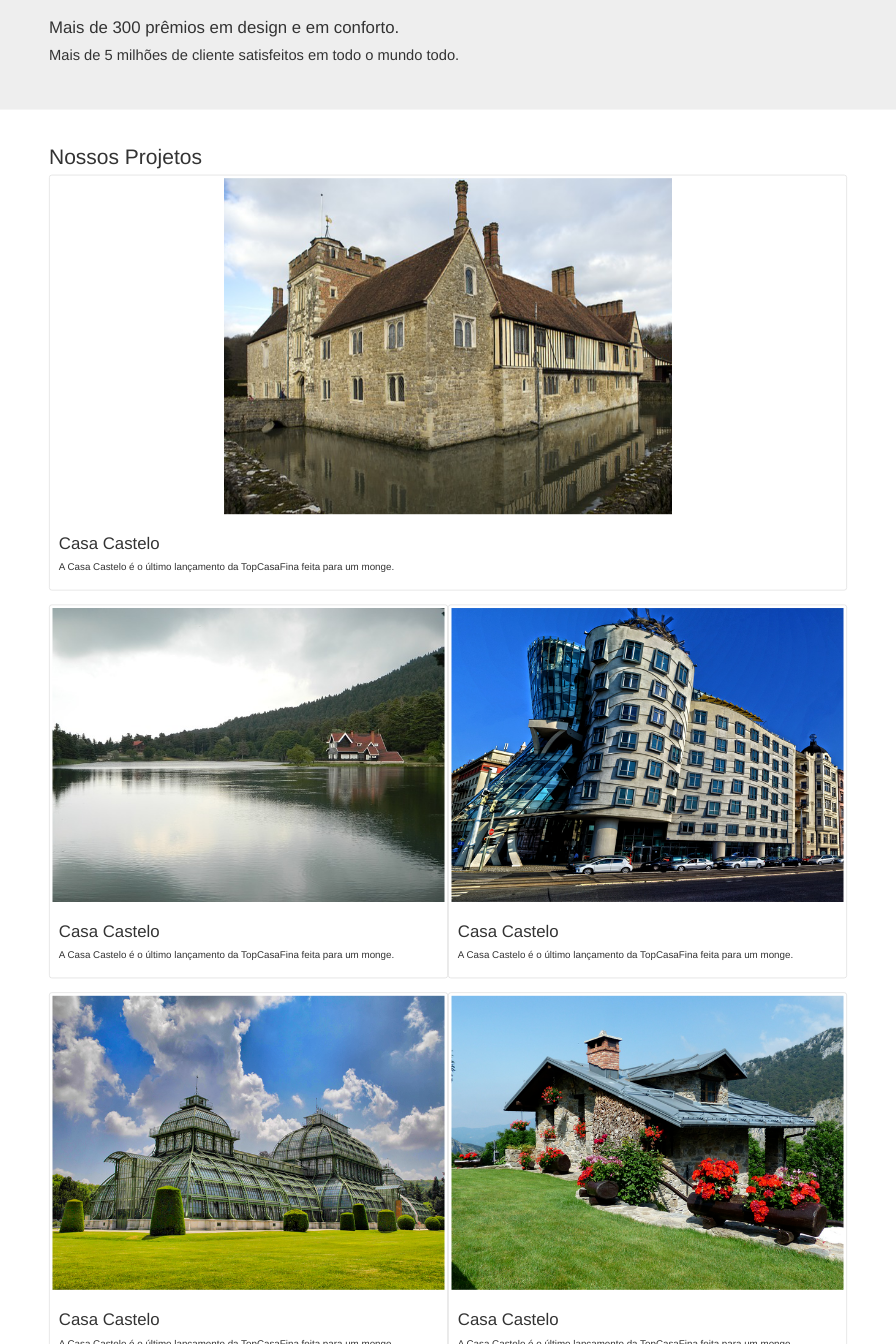
Repository: daviemer/bootstrap-alura
Page: index2.html
An editor plug-in stored every save of this project. The page is shown before and after the next save, followed by the edit.
The browser window is 1280 px wide. The pictures show the part of the page from y = 1201 to 3121 px (the page is 5205 px tall before and 5179 px after), at 70% of full size.

Above is the page before, as saved 2022-07-18 14:54:59.

### index2.html
<!DOCTYPE html>
<html lang="pt-br">

<head>
  <meta charset="UTF-8" />
  <meta http-equiv="X-UA-Compatible" content="IE=edge" />
  <meta name="viewport" content="width=device-width, initial-scale=1.0" />
  <title>Document</title>
  <link rel="stylesheet" href="bootstrap/css/bootstrap.min.css" type="text/css" />
  <link rel="stylesheet" href="style.css" />
</head>

<body>
  <header>
    <nav class="navbar navbar-default">
      <div class="container">
        <div class="navbar-header">
          <button type="button" class="navbar-toggle collapsed" data-toggle="collapse" data-target="#collapse-navbar"
            aria-expanded="false">
            <span class="sr-only">Toggle navigation</span>
            <span class="icon-bar"></span>
            <span class="icon-bar"></span>
            <span class="icon-bar"></span>
            <span class="icon-bar"></span>
          </button>
          <a class="navbar-brand" href="#">TopCasaFina Arquitetura</a>
        </div>
        <div id="collapse-navbar" class="collapse navbar-collapse">
          <ul class="nav navbar-nav">
            <li><a href="#sobre-nos">Sobre Nós</a></li>
            <li><a href="#nossos-projetos">Nossos Projetos</a></li>
            <li><a href="#depoimentos">Depoimentos</a></li>
            <li><a href="#video">Video</a></li>
            <li><a href="#contato">Contato</a></li>
          </ul>
        </div>
      </div>
    </nav>

    <div class="topcasafina-banner">
      <h1>TopCasaFina Arquitetura</h1>
      <p>Projetando a casa dos sonhos desde 2000 A.C</p>
      <button class="btn btn-primary btn-lg">Contate-nos agora</button>
    </div>
  </header>


  <section id="sobre-nos" class="container">
    <h2>Sobre Nós</h2>
    <img class="img-responsive colunas-2" src="assets/img/empresa.jpg" alt="" />

    <div class="panel-group colunas-2" id="paineis-sobre">
      <div class="panel panel-default">
        <div class="panel-heading">
          <h3 class="panel-title" data-toggle="collapse" data-target="#primeiro-paragrafo" data-parent="#paineis-sobre">
            Desde 1935
          </h3>
        </div>
        <div id="primeiro-paragrafo" class="collapse">
          <div class="panel-body">
            <p>
              Desde 1935 trazendo casas, mansões e prédios lindos para o
              mundo.
            </p>
          </div>
        </div>
      </div>
      <div class="panel panel-default">
        <div class="panel-heading">
          <h3 class="panel-title" data-toggle="collapse" data-target="#segundo-paragrafo" data-parent="#paineis-sobre">
            Preços acessíveis
          </h3>
        </div>
        <div id="segundo-paragrafo" class="collapse">
          <div class="panel-body">
            <p>Preços a partir de R$ 1000,00.</p>
          </div>
        </div>
      </div>
      <div class="panel panel-default">
        <div class="panel-heading">
          <h3 class="panel-title" data-toggle="collapse" data-target="#terceiro-paragrafo" data-parent="#paineis-sobre">
            Alegria para colaborar com um mundo mais bonito
          </h3>
        </div>
        <div id="terceiro-paragrafo" class="collapse">
          <div class="panel-body">
            <p>
              Trazendo alegria para a vida das pessoas que tem dinheiro para
              gastar.
            </p>
          </div>
        </div>
      </div>
    </div>
  </section>

  <div class="jumbotron">
    <div class="container">
      <h3>Mais de 300 prêmios em design e em conforto.</h3>
      <p>Mais de 5 milhões de cliente satisfeitos em todo o mundo todo.</p>
    </div>
  </div>

  <section id="nossos-projetos" class="container">
    <h2>Nossos Projetos</h2>

    <figure class="thumbnail col-mb-6">
      <img src="assets/img/projetos/casa-castelo.png" alt="Foto da Casa Castelo" />
      <figcaption class="caption">
        <h3>Casa Castelo</h3>
        <p>
          A Casa Castelo é o último lançamento da TopCasaFina feita para um
          monge.
        </p>
      </figcaption>
    </figure>
    <figure class="thumbnail colunas-2">
      <img src="assets/img/projetos/casa-lago.png" alt="Foto da Casa Castelo" />
      <figcaption class="caption">
        <h3>Casa Castelo</h3>
        <p>
          A Casa Castelo é o último lançamento da TopCasaFina feita para um
          monge.
        </p>
      </figcaption>
    </figure>
    <figure class="thumbnail colunas-2">
      <img src="assets/img/projetos/mercado-marapira.png" alt="Foto da Casa Castelo" />
      <figcaption class="caption">
        <h3>Casa Castelo</h3>
        <p>
          A Casa Castelo é o último lançamento da TopCasaFina feita para um
          monge.
        </p>
      </figcaption>
    </figure>
    <figure class="thumbnail colunas-2">
      <img src="assets/img/projetos/palacio-dionisio.png" alt="Foto da Casa Castelo" />
      <figcaption class="caption">
        <h3>Casa Castelo</h3>
        <p>
          A Casa Castelo é o último lançamento da TopCasaFina feita para um
          monge.
        </p>
      </figcaption>
    </figure>
    <figure class="thumbnail colunas-2">
      <img src="assets/img/projetos/residencia-ludi.png" alt="Foto da Casa Castelo" />
      <figcaption class="caption">
        <h3>Casa Castelo</h3>
        <p>
          A Casa Castelo é o último lançamento da TopCasaFina feita para um
          monge.
        </p>
      </figcaption>
    </figure>
  </section>

  <section id="depoimentos">
    <h2 class="container titulo-depoimentos">Depoimentos de Clientes</h2>

    <div id="carousel-example-generic" class="carousel slide" data-ride="carousel">
      <!-- Indicators -->
      <ol class="carousel-indicators">
        <li data-target="#carousel-example-generic" data-slide-to="0" class="active"></li>
        <li data-target="#carousel-example-generic" data-slide-to="1"></li>
        <li data-target="#carousel-example-generic" data-slide-to="2"></li>
      </ol>

      <!-- Wrapper for slides -->
      <div class="carousel-inner" role="listbox">
        <div class="item active">
          <img src="assets/img/depoimentos/depoimento1.png" alt="Depoimento 1" />
          <div class="carousel-caption">
            <h3>Yuri Padilha</h3>
            <p>Gostei muito.</p>
          </div>
        </div>
        <div class="item">
          <img src="assets/img/depoimentos/depoimento2.png" alt="Depoimento 2" />
          <div class="carousel-caption">
            <h3>Fernando Stefaneni</h3>
            <p>Excelente trabalho</p>
          </div>
        </div>
        <div class="item">
          <img src="assets/img/depoimentos/depoimento3.png" alt="Depoimento 3" />
          <div class="carousel-caption">
            <h3>Caio Sauzas</h3>
            <p>Gostei, competência em primeiro lugar.</p>
          </div>
        </div>
      </div>

      <!-- Controls -->
      <a class="left carousel-control" href="#carousel-example-generic" role="button" data-slide="prev">
        <span class="glyphicon glyphicon-chevron-left" aria-hidden="true"></span>
        <span class="sr-only">Previous</span>
      </a>
      <a class="right carousel-control" href="#carousel-example-generic" role="button" data-slide="next">
        <span class="glyphicon glyphicon-chevron-right" aria-hidden="true"></span>
        <span class="sr-only">Next</span>
      </a>
    </div>
  </section>

  <section id="video" class="container">
    <h2>Vídeo Institucional</h2>
    <div class="embed-responsive embed-responsive-16by9">
      <iframe width="560" height="315" src="https://www.youtube.com/embed/i_3Pv1AygeI" frameborder="0"
        allowfullscreen></iframe>
    </div>
  </section>
  <section id="contato" class="container">
    <form>
      <h2>Contato</h2>
      <p>Entre em contato conosco</p>
      <div class="form-group">
        <label for="contato-name">Nome:</label>
        <input class="form-control" id="contato-name" type="text" placeholder="Seu Nome">
      </div>
      <div class="form-group">
        <label for="contato-email">Email:</label>
        <div class="input-group">
          <div class="input-group-addon">@</div>
          <input class="form-control" id="contato-email" type="email" placeholder="Seu e-mail">
        </div>
      </div>
      <div class="grupo-radio">
        <div class="radio">
          <label><input type="radio" name="tipo-pessoa" checked>Pessoa Física</label>
        </div>
        <div class="radio">
          <label><input type="radio" name="tipo-pessoa">Pessoa Juridica</label>
        </div>
      </div><select name="" id="" class="contato-select form-control">
        <option disabled selected>Tipo de Situação</option>
        <option value="">Casa</option>
        <option value="">Apartamento</option>
        <option value="">Mansão</option>


      </select>
      <button class="btn btn-primary" type="submit">Enviar</button>
    </form>
  </section>


  <footer>
    <address>
      <strong>TopCasaFina Arquitetura</strong><br>
      Rua Vergueiro, 3185, Vila Mariana<br>
      São Paulo, SP<br>
      Tel: (11) 5571-2751 ou 5083-3884<br>
    </address>
    <address>
      Email: contato.topcasafina@alura.com.br
    </address>
  </footer>






  <script src="jquery.js"></script>
  <script src="bootstrap/js/bootstrap.min.js"></script>
  <script src="navbar-animation-fix.js"></script>
</body>

</html>

### style.css
#paineis-sobre{
  margin-top: 20px;
}

html,body {
  height: 100%;
}

header {
  background-image: url(assets/img/castelo.jpg);
  background-size: cover;
  position: relative;
  background-position:top center;
  height: 100%;
}

header h1 {
  margin-top: 0;
  margin-bottom: 0;
}

.topcasafina-banner {
  color: #fff;
  background-color: rgba(0, 0, 0, 0.5);
  padding: 1.5em;
  width: 80%;
  max-width: 320px;
  border-radius: 10px;
  position: absolute;
  top: 50%;
  left: 50%;
  transform: translate(-50%, -50%);
  transition: 0.4s;
}

.titulo-depoimentos {
  background-color: #0275d8;
  padding-top: 25px;
  padding-bottom: 25px;
  color: #fff;
  font-weight: bold;
  font-size: 25px;
}

.grupo-radio,.contato-select {
  width: 50%;
  display: inline-block;
  vertical-align: top;
}

.contato-select {
  float: right;
}

.grupo-radio .radio:first-child {
  margin-top: 0;
}

footer {
  background-color: #333;
  color: #fff;
  padding: 20px;
  margin-top: 10px;
}

footer address:last-child {
  margin-bottom: 0;
}

@media(min-width:768px){
  .colunas-2 {
    width: 50%;
    float:left;
  }
  #paineis-sobre{
    margin-top:0;
  }

}

### navbar-animation-fix.js
$('#collapse-navbar').on('show.bs.collapse', function(){
  $('.topcasafina-banner').css('transform', 'translate(-50%, 10%)')
});
$('#collapse-navbar').on('hide.bs.collapse', function(){
  $('.topcasafina-banner').css('transform', 'translate(-50%, -50%)')
});

Loaded but not shown: bootstrap/css/bootstrap.min.css (library); jquery.js (library); bootstrap/js/bootstrap.min.js (library)

After the next save:
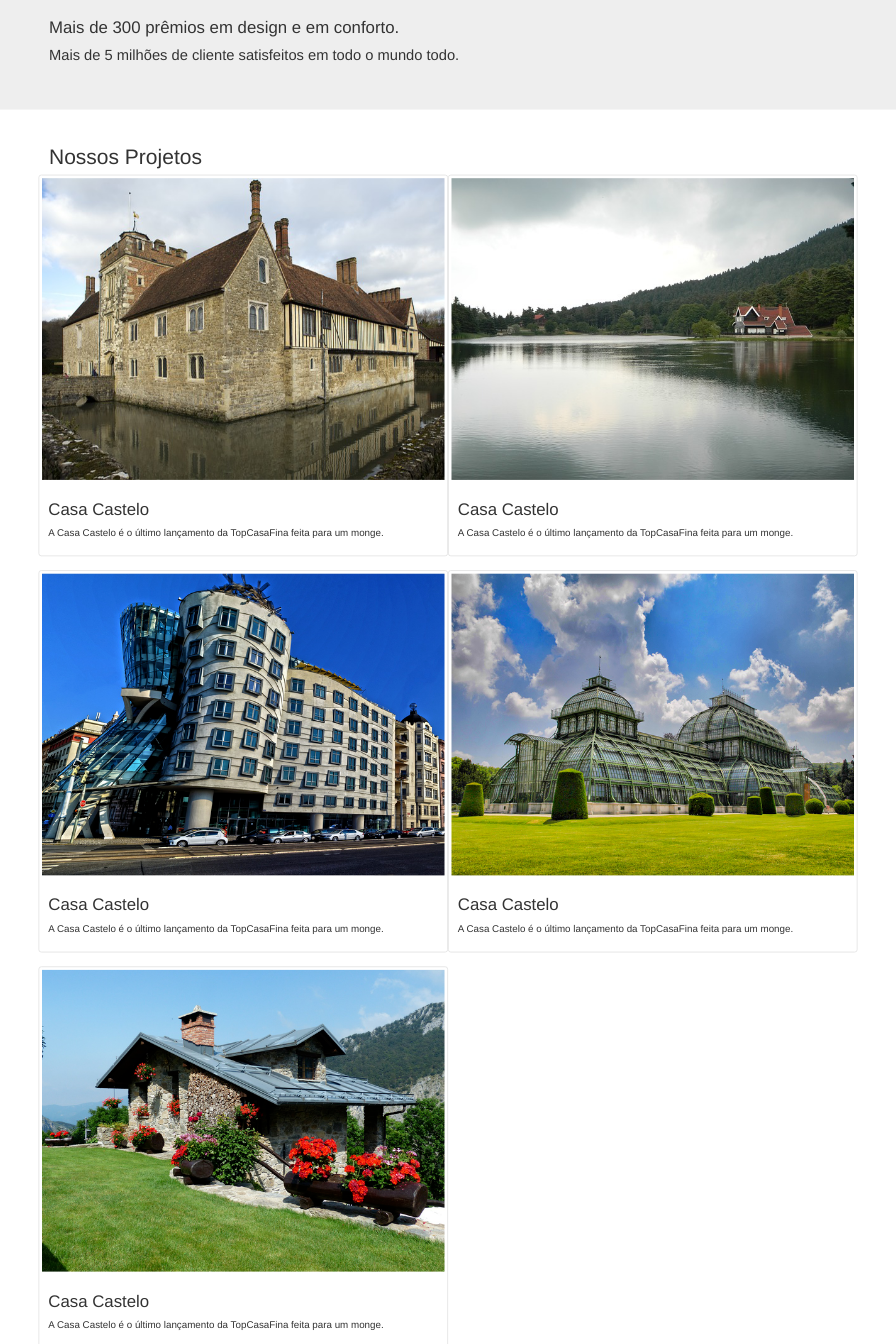
Saved 64 s later.
--- a/index2.html
+++ b/index2.html
@@ -104,8 +104,8 @@
 
   <section id="nossos-projetos" class="container">
     <h2>Nossos Projetos</h2>
-
-    <figure class="thumbnail col-mb-6">
+    <div class="row">
+    <figure class="thumbnail col-md-6">
       <img src="assets/img/projetos/casa-castelo.png" alt="Foto da Casa Castelo" />
       <figcaption class="caption">
         <h3>Casa Castelo</h3>
@@ -155,6 +155,7 @@
         </p>
       </figcaption>
     </figure>
+  </div>
   </section>
 
   <section id="depoimentos">
